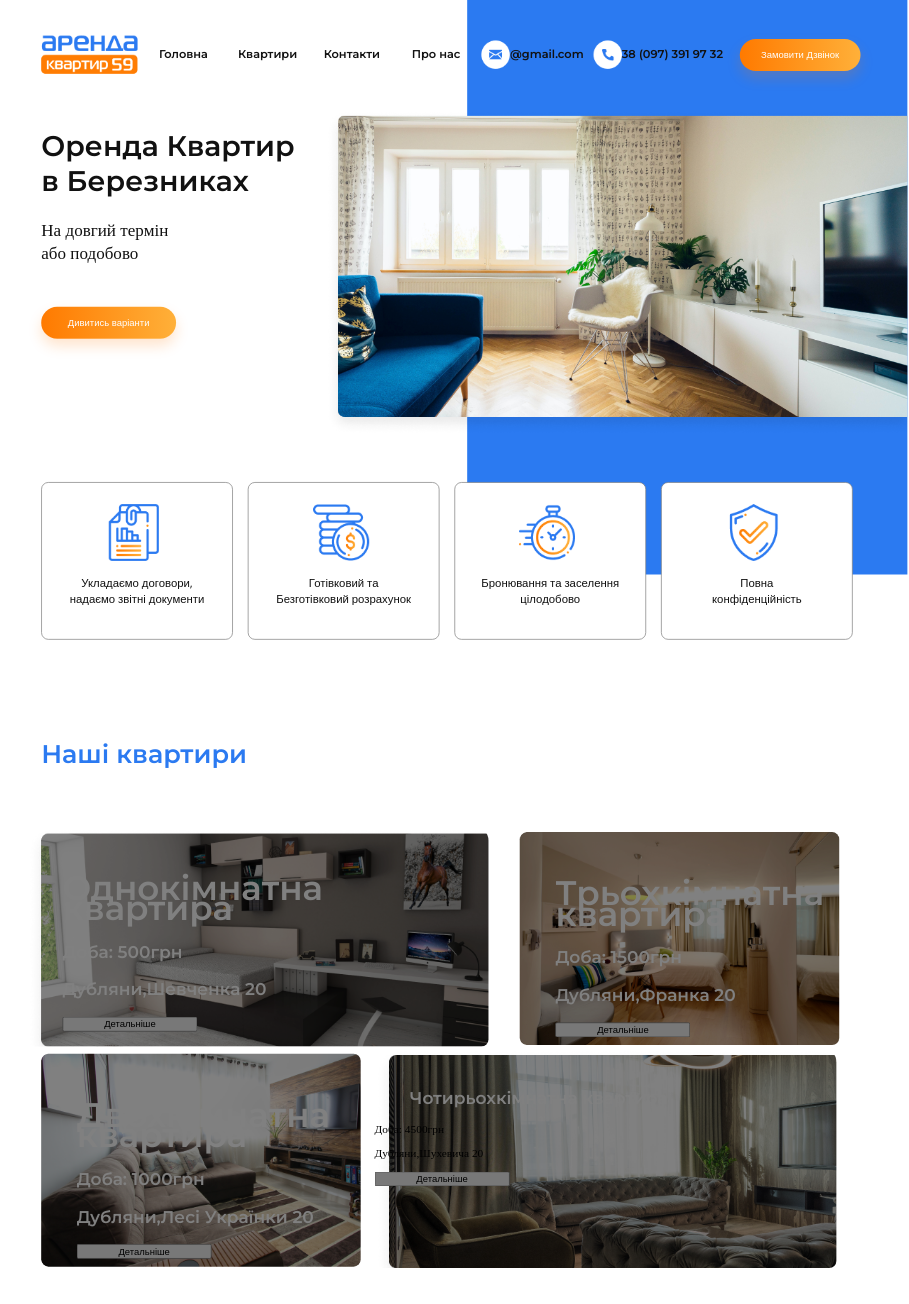
Repository: batonAnton/HW-7-grid
Page: index.html
These files come from the project's save history. The page is drawn as it stood at one moment and after the next save; the edit follows.
The browser window is 1280 px wide. The pictures show the whole page, at 71% of full size.

Above is the page before, as saved 2022-06-25 20:37:01.

After the next save:
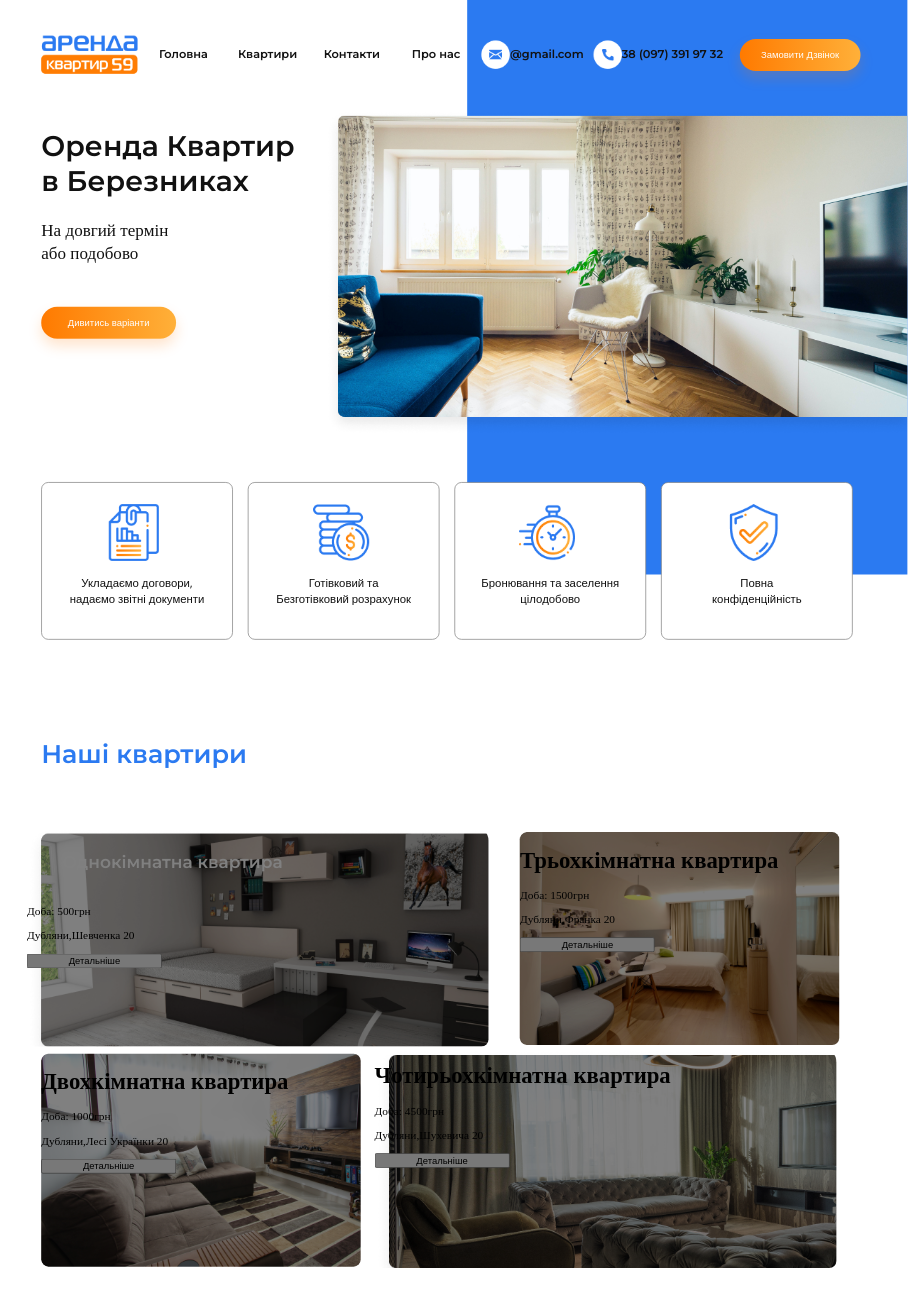
Saved 5 min 34 s later.
--- a/css/styles2.css
+++ b/css/styles2.css
@@ -264,11 +264,8 @@ header {
   border-top-right-radius: 20px;
 }
 
-.wrapper4 .img1-1,
-.img1-2,
-.img2-1,
-.img2-2 h1 {
-  padding: 40px 50px 5px 50px;
+.wrapper4 .img1-1 h1 {
+  padding: 20px 50px 30px 50px;
   font-family: "Montserrat";
   font-style: normal;
   font-weight: 800;
